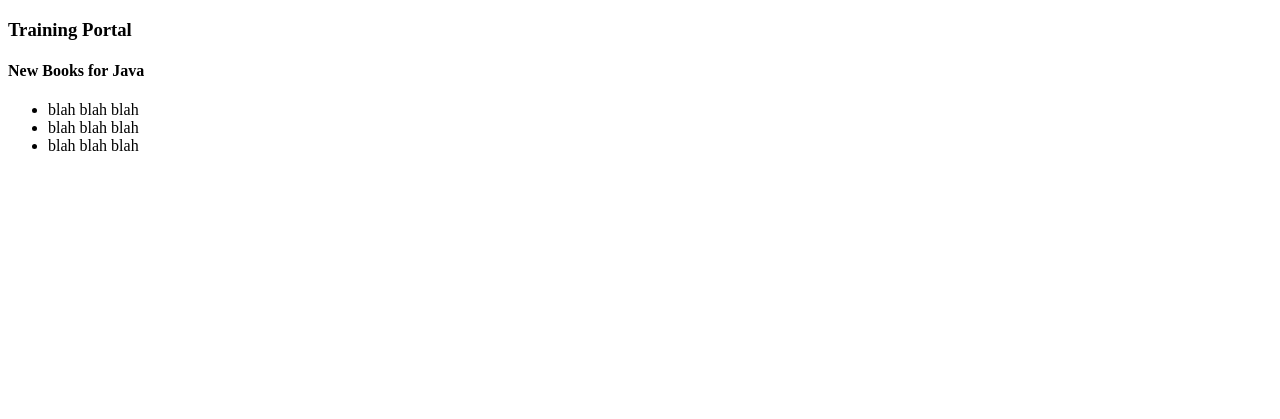
Repository: KMagee/JSP_Course
Page: http://localhost/jspdemo/cookies-homepage.jsp
These files come from the project's save history. The page is drawn as it stood at one moment and after the next save; the edit follows.
The browser window is 1280 px wide. The pictures show the whole page.
The page is served by Tomcat 9.

Above is the page before, as saved 2017-11-04 22:13:20.

### jspdemo/WebContent/cookies-homepage.jsp
<%@ page language="java" contentType="text/html; charset=ISO-8859-1"
    pageEncoding="ISO-8859-1"%>
<!DOCTYPE html PUBLIC "-//W3C//DTD HTML 4.01 Transitional//EN" "http://www.w3.org/TR/html4/loose.dtd">
<html>
<head>
<meta http-equiv="Content-Type" content="text/html; charset=ISO-8859-1">
<title>Homepage</title>
</head>
<body>

<h3>Training Portal</h3>

<!-- READ THE FAVORITE PROGRAMMING LANGUAGE COOKIE -->

<%

//the default...if there are no cookies
String favLang = "Java";

//get the cookies from the browser
Cookie[] theCookies = request.getCookies();


//find our fav lang cookies

if(theCookies != null){

	for(Cookie tempCookie : theCookies){

		if("myApp.favoriteLanguage".equals(tempCookie.getName())){
			favLang=tempCookie.getValue();
			break;


		}

	}

}











%>

<!-- SHOW NEW BOOKS FOR LANGUAGE x -->

<h4>New Books for <%= favLang %> </h4>

<ul>

<li>blah blah blah</li>
<li>blah blah blah</li>
<li>blah blah blah</li>
</ul>









</body>
</html>

After the next save:
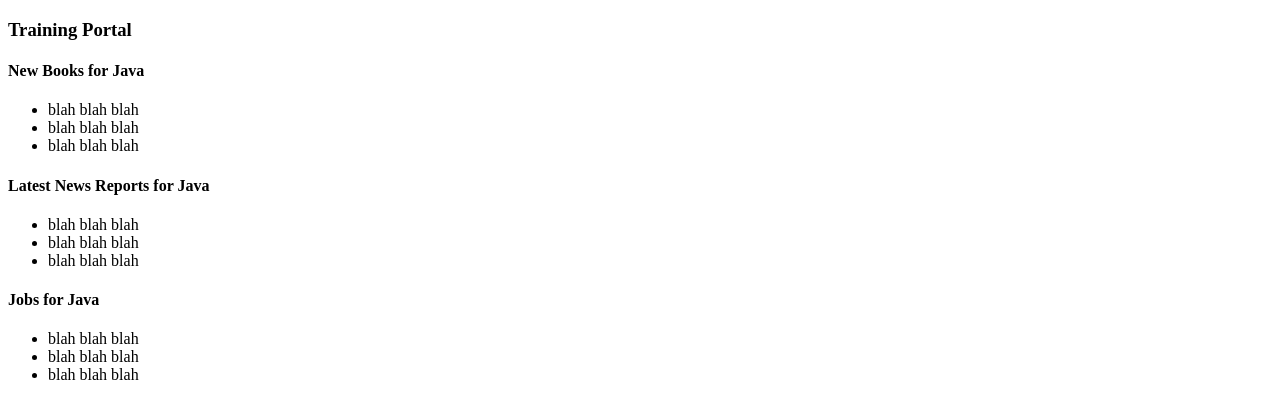
Saved 2 min 15 s later.
--- a/jspdemo/WebContent/cookies-homepage.jsp
+++ b/jspdemo/WebContent/cookies-homepage.jsp
@@ -61,6 +61,23 @@ if(theCookies != null){
 <li>blah blah blah</li>
 </ul>
 
+<h4>Latest News Reports for <%= favLang %> </h4>
+
+<ul>
+
+<li>blah blah blah</li>
+<li>blah blah blah</li>
+<li>blah blah blah</li>
+</ul>
+
+<h4>Jobs for <%= favLang %> </h4>
+
+<ul>
+
+<li>blah blah blah</li>
+<li>blah blah blah</li>
+<li>blah blah blah</li>
+</ul>
 
 
 
